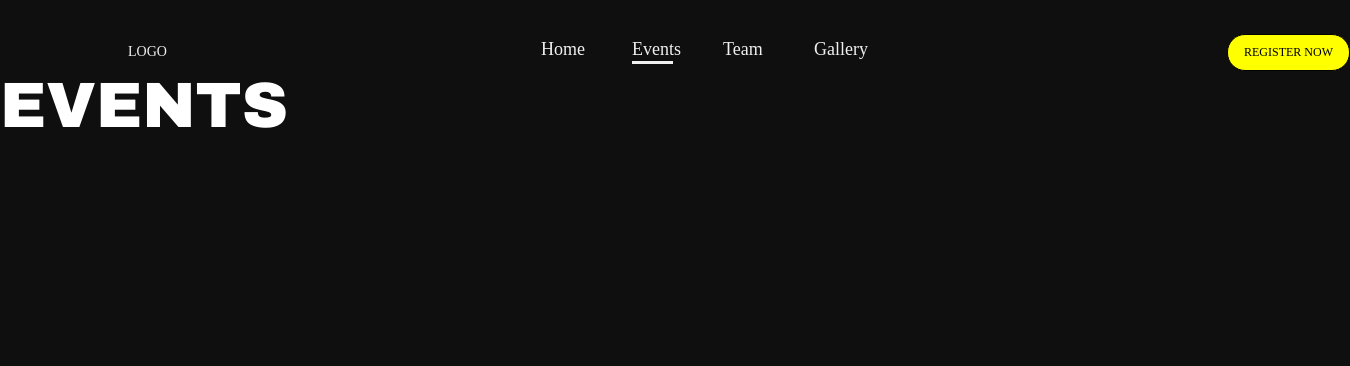
Repository: s4bbi/spandan-3.0
Page: /
An editor plug-in stored every save of this project. The page is shown before and after a run of saves, followed by the edit.
The browser window is 1280 px wide. The page is 1350 px wide, so the pictures cover 1350 px, including what lies to the right of the window. The pictures show the whole page.
The project was rebuilt for these pictures with package versions that can differ from the ones it lists, and the page was loaded fresh each time. Also part of the build but not shown: vite.config.js, src/pages/Events/Events.jsx.

Above is the page before, as saved 2024-11-02 02:16:08.

After the next 3 saves:
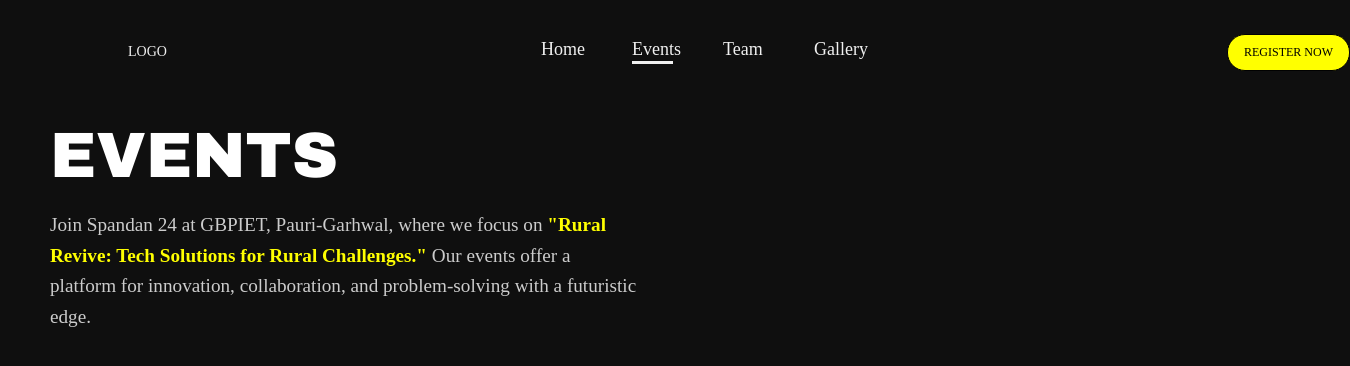
The 3 saves are shown as one change because 1 did not build or start and some came seconds apart.
The last was saved 39 s later.
--- a/src/components/HeroSection/HeroSection.jsx
+++ b/src/components/HeroSection/HeroSection.jsx
@@ -8,15 +8,15 @@
 const HeroSection = () => {
   return (
     <div className='heros'>
-      {/* <section className="hero"> */}
+      <section className="hero">
       <div className="hero-text">
         <h1 className="hero-title">EVENTS</h1>
-        {/* <p className="hero-description">
+        <p className="hero-description">
           Join Spandan 24 at GBPIET, Pauri-Garhwal, where we focus on <span className="highlight">"Rural Revive: Tech Solutions for Rural Challenges."</span> Our events offer a platform for innovation, collaboration, and problem-solving with a futuristic edge.
-        </p> */}
+        </p>
       </div>
       {/* <img src={roboticHandImage} alt="Robotic Hand" className="hero-image" /> */}
-    {/* </section> */}
+    </section>
     </div>
   )
 }
